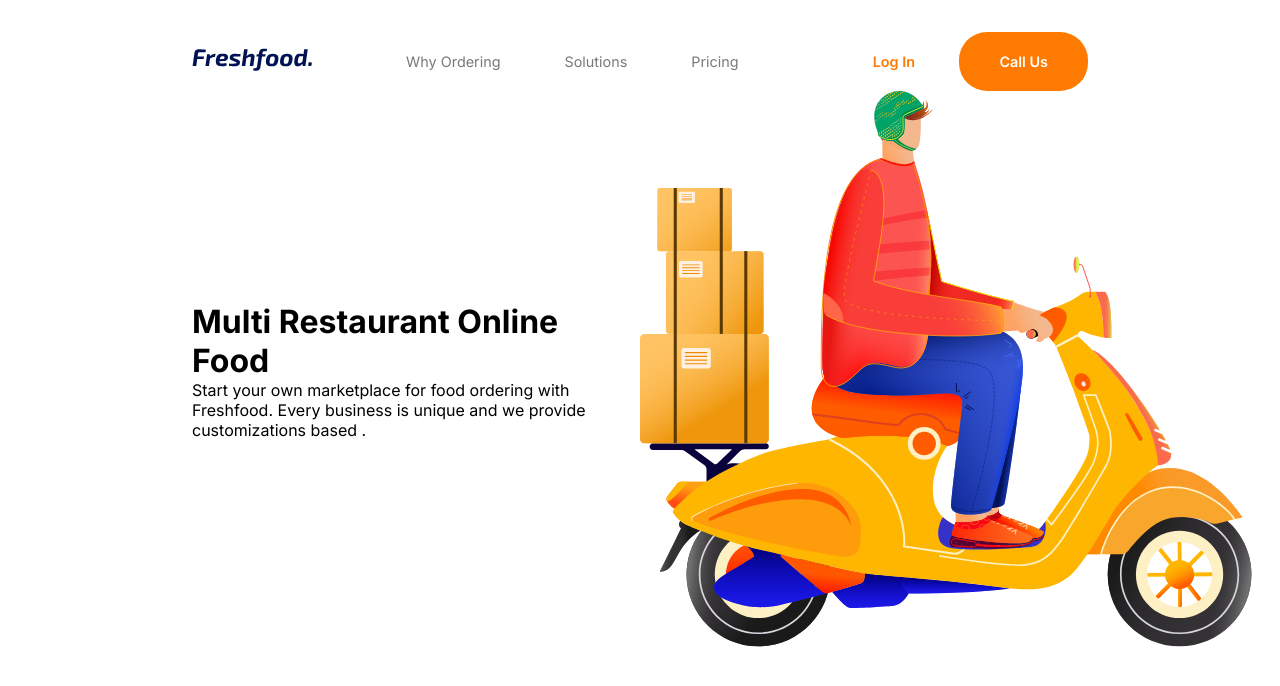
Repository: badhon252/FreshFood
Page: index.html
The author's editor kept a copy of each file at every save. The page is drawn from the files as they stood at one save, then again after the next save.
The browser window is 1280 px wide. The pictures show the whole page.
The style sheet was rebuilt from its Sass, Less or Tailwind sources for each picture, by a compiler version that may differ from the author's.

Above is the page before, as saved 2022-09-06 00:15:39.

### index.html
<!DOCTYPE html>
<html lang="en">

<head>
    <meta charset="UTF-8">
    <meta http-equiv="X-UA-Compatible" content="IE=edge">
    <meta name="viewport" content="width=device-width, initial-scale=1.0">
    <link rel="stylesheet" href="./scss/style.css">
    <title>Document</title>
</head>

<body>
    <header class="container">
        <nav class="navbar">
            <div class="navbar-brand">
                <img src="./images/Freshfood.svg" alt="">
            </div>
            <ul class="navs">
                <li class="nav-item"><a href="" class="nav-link">Why Ordering</a></li>
                <li class="nav-item"><a href="" class="nav-link">Solutions</a></li>
                <li class="nav-item"><a href="" class="nav-link">Pricing</a></li>
            </ul>
            <div class="logs">
                <button class="btn">Log In</button>
                <button class="btn call">Call Us</button>
            </div>
        </nav>

        <div class="header-content">
            <div class="row">
                <div class="col-md-6">
                    <h1>Multi Restaurant Online Food</h1>
                    <p>Start your own marketplace for food ordering with Freshfood. Every business is unique and we
                        provide customizations
                        based .</p>
                </div>
                <div class="col-md-6"><img src="./images/Group 5402.svg" alt=""></div>
            </div>
        </div>

    </header>
</body>

</html>

### scss/style.scss
@import url("https://fonts.googleapis.com/css2?family=Inter:wght@400;600;700;800;900&display=swap");
* {
  margin: 0%;
  padding: 0%;
  box-sizing: border-box;
  font-family: "Inter", sans-serif;
}

.container {
  margin: 2rem 12rem;
}
.btn {
  outline: none;
  border: none;
  padding: 1.2rem 2.5rem;
  background-color: transparent;
}

.row {
  display: flex;
  justify-content: center;
  align-items: center;
  max-width: 100%;
  .col-md-6 {
    max-width: 50%;
  }
}
//=====
//=====
//=====
.navbar {
  display: flex;
  justify-content: space-between;
  align-items: center;
  ul {
    display: flex;
    li {
      margin: 1rem 2rem;
      list-style-type: none;
      .nav-link {
        text-decoration: none;
        color: black;
        font-weight: 500;
        font-size: 0.9rem;
        line-height: 21px;
        /* identical to box height */

        text-align: center;

        color: #787878;
      }
    }
  }

  .btn {
    font-weight: 500;
    font-size: 0.9rem;
    line-height: 21px;
    /* identical to box height */
    font-weight: 600;
    color: #ff7a00;
  }
  .call {
    background: #ff7a00;
    border-radius: 28px;
    color: #fff;
  }
}

After the next save:
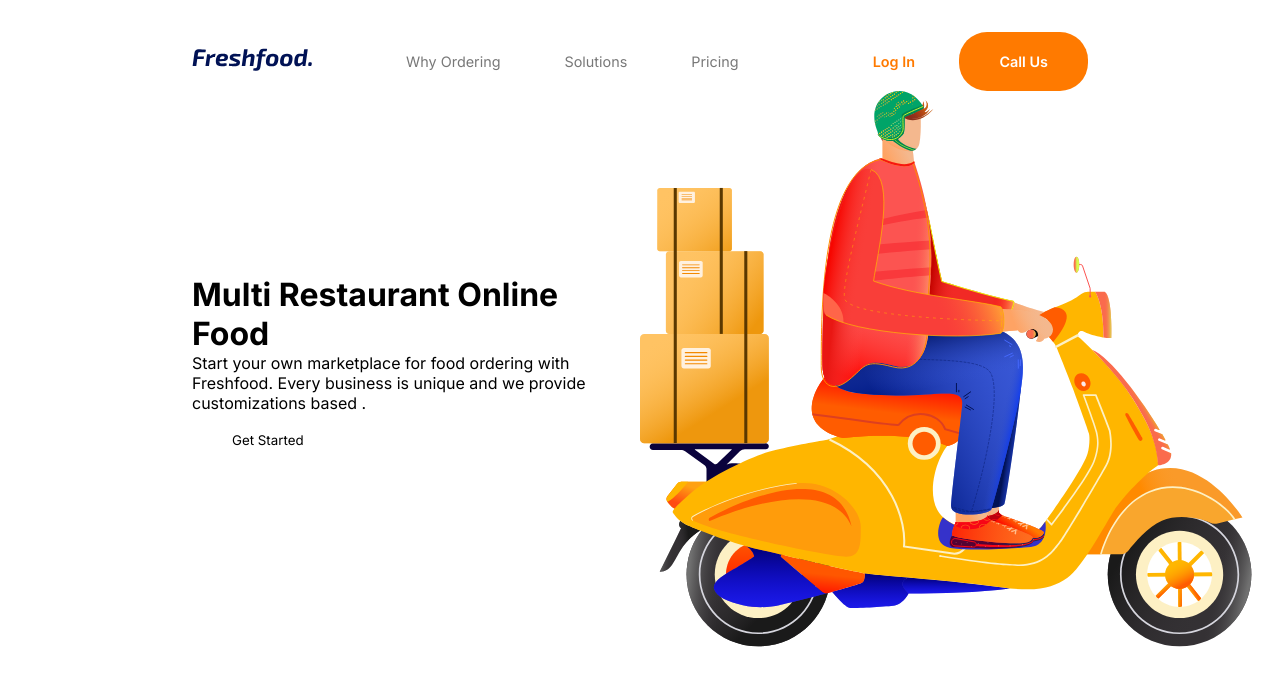
Saved 17 s later.
--- a/index.html
+++ b/index.html
@@ -33,6 +33,8 @@
                     <p>Start your own marketplace for food ordering with Freshfood. Every business is unique and we
                         provide customizations
                         based .</p>
+                    <button class="btn">Get Started</button>
+                    <button class="btn"></button>
                 </div>
                 <div class="col-md-6"><img src="./images/Group 5402.svg" alt=""></div>
             </div>
